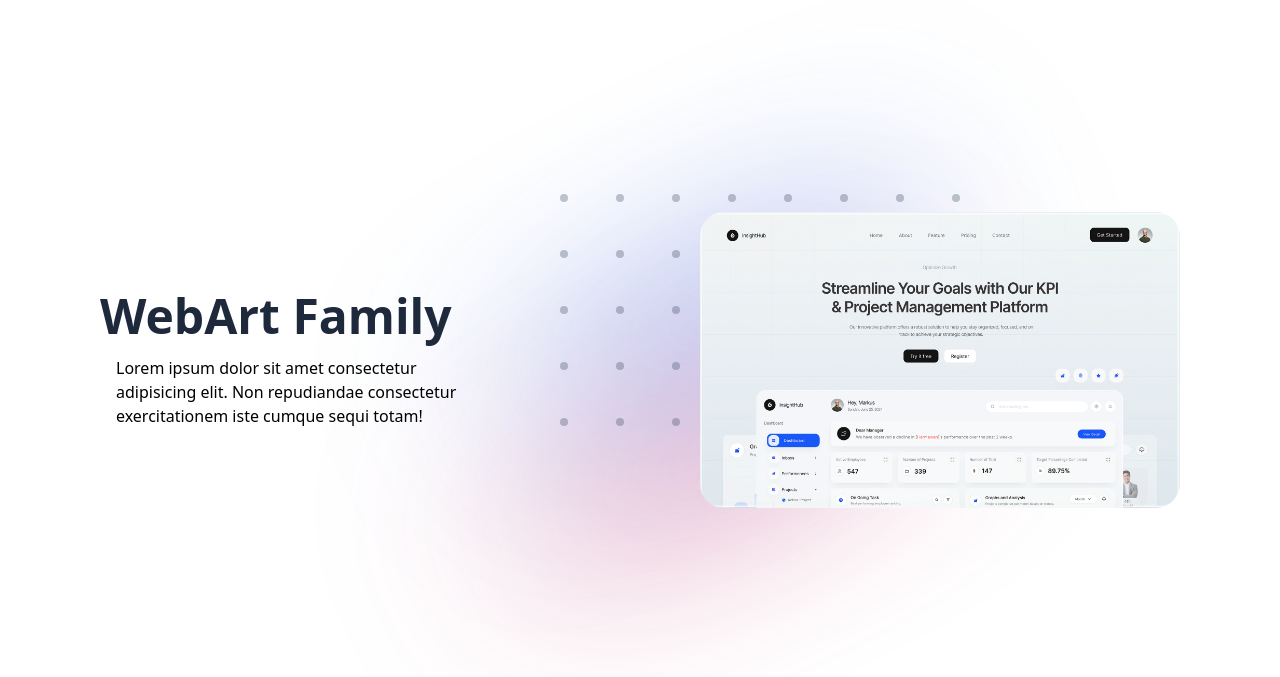
Repository: 30namp/youtube-web-art-code
Page: stunning landing page 1/index.html
The author's editor kept a copy of each file at every save. The page is drawn from the files as they stood at one save, then again after the next save.
The browser window is 1280 px wide. The pictures show the whole page.

Above is the page before, as saved 2024-09-26 18:30:50.

After the next save:
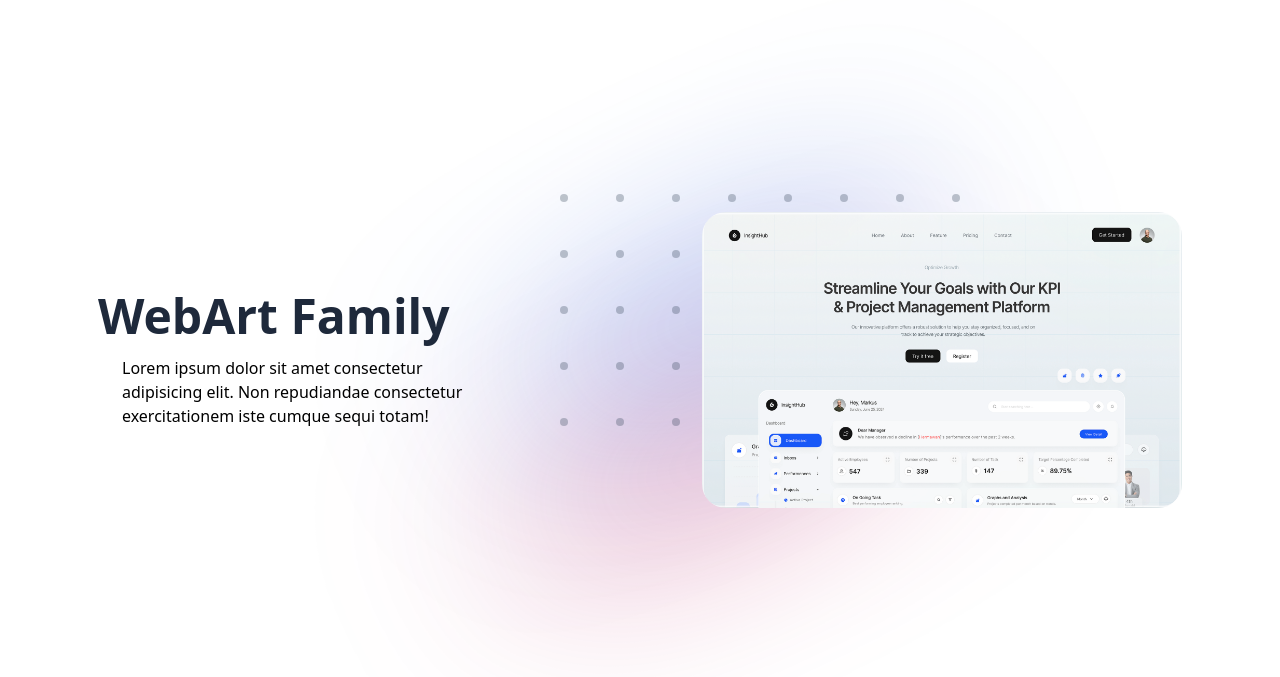
Saved 6 s later.
--- a/stunning landing page 1/index.html
+++ b/stunning landing page 1/index.html
@@ -61,7 +61,7 @@
     >
       <div class="content flex flex-col gap-4">
         <h1 class="text-5xl font-bold text-slate-800">WebArt Family</h1>
-        <div class="description ml-4 w-96">
+        <div class="description ml-6 w-96">
           Lorem ipsum dolor sit amet consectetur adipisicing elit. Non
           repudiandae consectetur exercitationem iste cumque sequi totam!
         </div>
